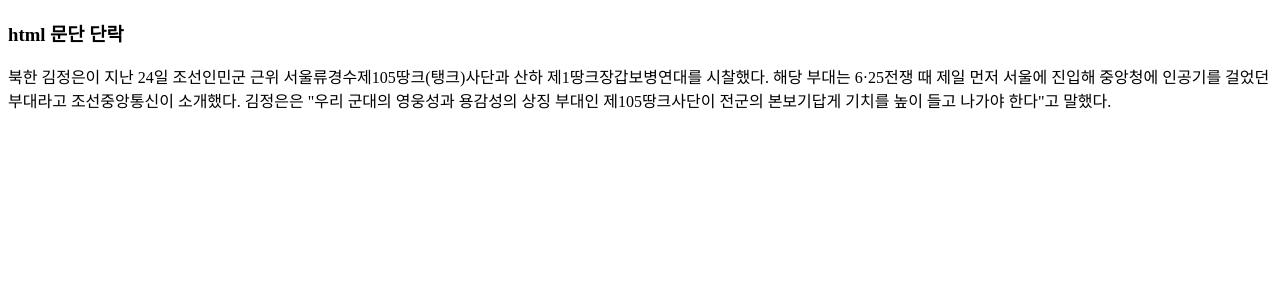
Repository: donggri1/WORKSPACE
Page: WebClass/webPro/src/main/webapp/html/days02/ex03.html
An editor plug-in stored every save of this project. The page is shown before and after the next save, followed by the edit.
The browser window is 1280 px wide. The pictures show the whole page.

Above is the page before, as saved 2024-03-25 01:45:02.

After the next save:
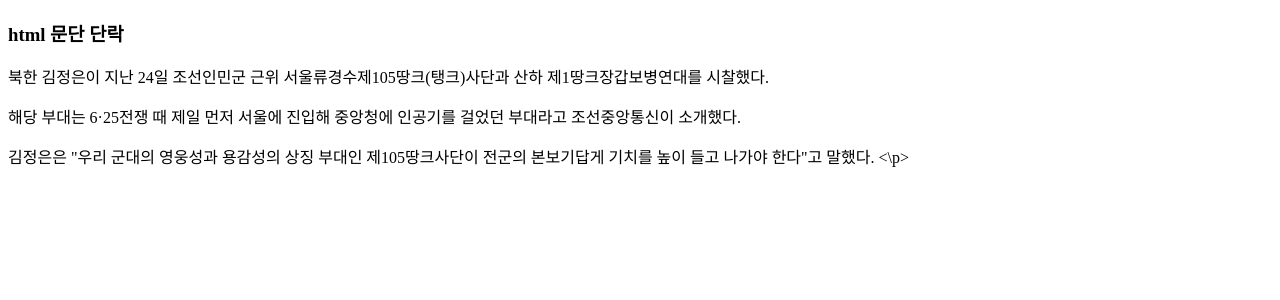
Saved 3 min 5 s later.
--- a/WebClass/webPro/src/main/webapp/html/days02/ex03.html
+++ b/WebClass/webPro/src/main/webapp/html/days02/ex03.html
@@ -7,10 +7,19 @@
 <body>
 	<h3>html 문단 단락</h3>
 
-	북한 김정은이 지난 24일 조선인민군 근위 서울류경수제105땅크(탱크)사단과 산하 제1땅크장갑보병연대를 시찰했다.
+	<!--[p]aragraph  문단
+		- 단락은 항상 새줄에서 시작한다.
+		- 단락 앞위에 공백(여백)을 자동으로 추가한다.
 
+	 -->
+	<p>
+	북한				 김정은이 지난 24일 조선인민군 근위 서울류경수제105땅크(탱크)사단과 산하 제1땅크장갑보병연대를 시찰했다.
+	</p>
+	<p>
 	해당 부대는 6·25전쟁 때 제일 먼저 서울에 진입해 중앙청에 인공기를 걸었던 부대라고 조선중앙통신이 소개했다.
-
+	</p>
+	<p>
 	김정은은 "우리 군대의 영웅성과 용감성의 상징 부대인 제105땅크사단이 전군의 본보기답게 기치를 높이 들고 나가야 한다"고 말했다.
+	<\p>
 </body>
 </html>
